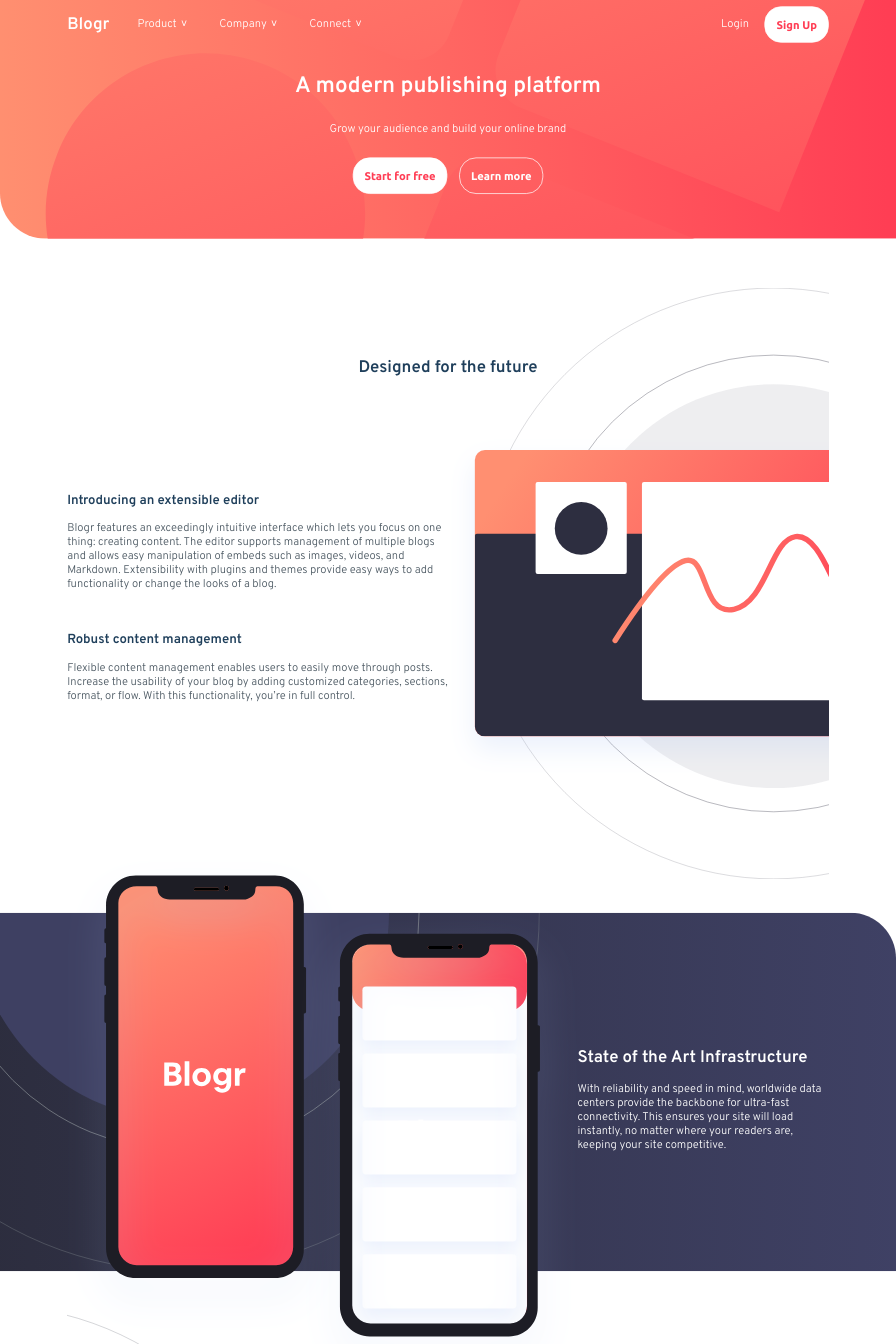
Repository: Ejiro-Oke/Blogr
Page: blogr.html
These files come from the project's save history. The page is drawn as it stood at one moment and after a run of saves; the edit follows.
The browser window is 1280 px wide. The pictures show the part of the page from y = 0 to 1920 px (the page is 3102 px tall before and 3593 px after), at 70% of full size.

Above is the page before, as saved 2021-04-19 13:52:41.

After the next 5 saves:
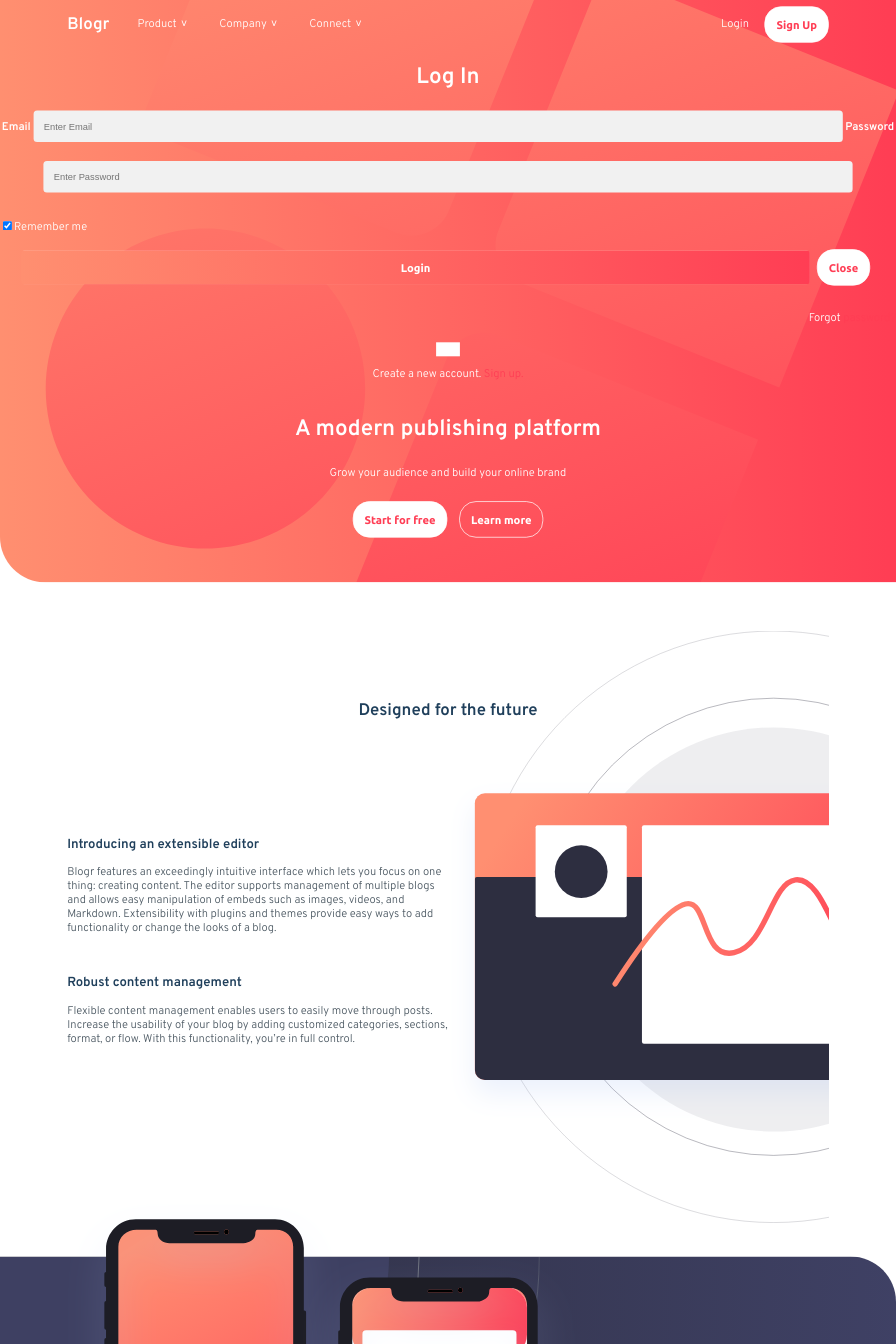
The 5 saves are shown as one change because they came seconds apart.
The last was saved 12 s later.
--- a/blogr.html
+++ b/blogr.html
@@ -124,7 +124,7 @@
         </div>
 
         <div class=" container>
-            <div></div> login-form">
+            <div class ="login-form">
             <form action="/action_page.php" class="form-container">
               <h1>Log In</h1>
 
